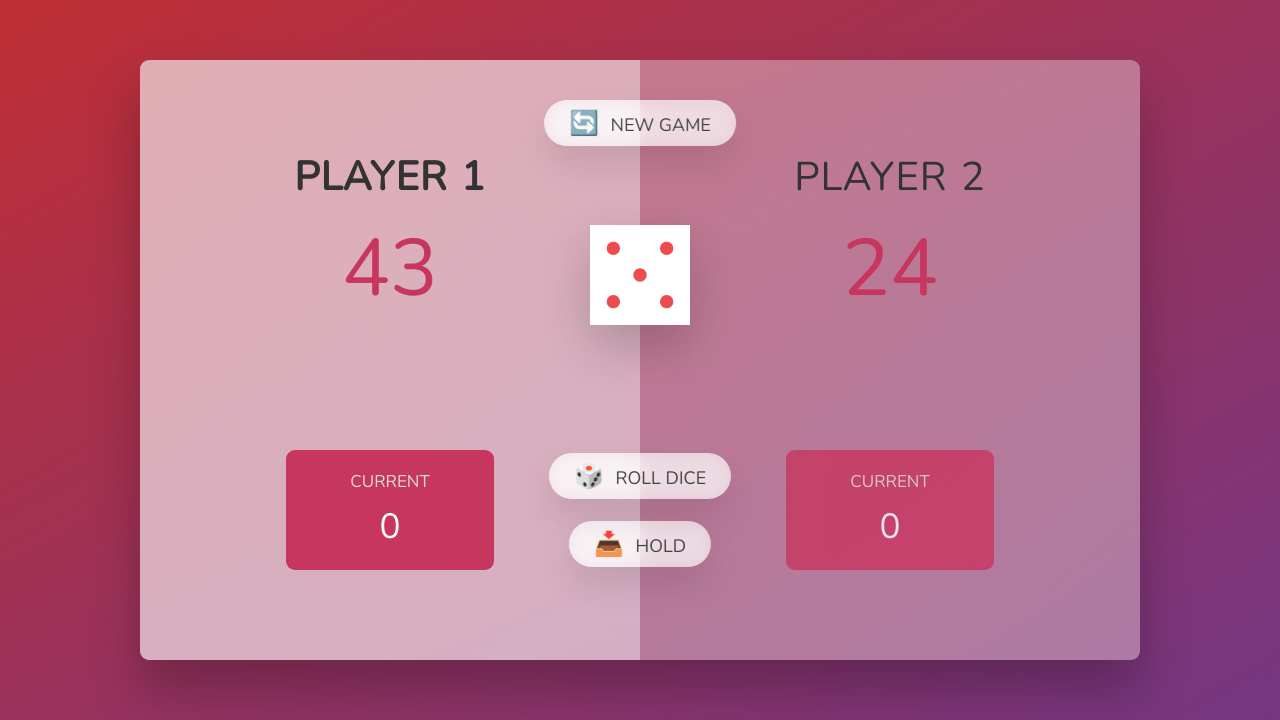
Repository: Samkiroko/pig-game
Page: index.html
These files come from the project's save history. The page is drawn as it stood at one moment and after the next save; the edit follows.
The browser window is 1280 px wide. The pictures show the whole page.

Above is the page before, as saved 2021-02-19 17:12:43.
Console error: ReferenceError: textContent is not defined

### index.html
<!DOCTYPE html>
<html lang="en">
  <head>
    <meta charset="UTF-8" />
    <meta name="viewport" content="width=device-width, initial-scale=1.0" />
    <meta http-equiv="X-UA-Compatible" content="ie=edge" />
    <link rel="stylesheet" href="style.css" />
    <title>Pig Game</title>
  </head>
  <body>
    <main>
      <section class="player player--0 player--active">
        <h2 class="name" id="name--0">Player 1</h2>
        <p class="score" id="score--0">43</p>
        <div class="current">
          <p class="current-label">Current</p>
          <p class="current-score" id="current--0">0</p>
        </div>
      </section>
      <section class="player player--1">
        <h2 class="name" id="name--1">Player 2</h2>
        <p class="score" id="score--1">24</p>
        <div class="current">
          <p class="current-label">Current</p>
          <p class="current-score" id="current--1">0</p>
        </div>
      </section>

      <img src="dice-5.png" alt="Playing dice" class="dice" />
      <button class="btn btn--new">🔄 New game</button>
      <button class="btn btn--roll">🎲 Roll dice</button>
      <button class="btn btn--hold">📥 Hold</button>
    </main>
    <script src="script.js"></script>
  </body>
</html>

### style.css
@import url('https://fonts.googleapis.com/css2?family=Nunito&display=swap');

* {
  margin: 0;
  padding: 0;
  box-sizing: inherit;
}

html {
  font-size: 62.5%;
  box-sizing: border-box;
}

body {
  font-family: 'Nunito', sans-serif;
  font-weight: 400;
  height: 100vh;
  color: #333;
  background-image: linear-gradient(to top left, #753682 0%, #bf2e34 100%);
  display: flex;
  align-items: center;
  justify-content: center;
}

/* LAYOUT */
main {
  position: relative;
  width: 100rem;
  height: 60rem;
  background-color: rgba(255, 255, 255, 0.35);
  backdrop-filter: blur(200px);
  filter: blur();
  box-shadow: 0 3rem 5rem rgba(0, 0, 0, 0.25);
  border-radius: 9px;
  overflow: hidden;
  display: flex;
}

.player {
  flex: 50%;
  padding: 9rem;
  display: flex;
  flex-direction: column;
  align-items: center;
  transition: all 0.75s;
}

/* ELEMENTS */
.name {
  position: relative;
  font-size: 4rem;
  text-transform: uppercase;
  letter-spacing: 1px;
  word-spacing: 2px;
  font-weight: 300;
  margin-bottom: 1rem;
}

.score {
  font-size: 8rem;
  font-weight: 300;
  color: #c7365f;
  margin-bottom: auto;
}

.player--active {
  background-color: rgba(255, 255, 255, 0.4);
}
.player--active .name {
  font-weight: 700;
}
.player--active .score {
  font-weight: 400;
}

.player--active .current {
  opacity: 1;
}

.current {
  background-color: #c7365f;
  opacity: 0.8;
  border-radius: 9px;
  color: #fff;
  width: 65%;
  padding: 2rem;
  text-align: center;
  transition: all 0.75s;
}

.current-label {
  text-transform: uppercase;
  margin-bottom: 1rem;
  font-size: 1.7rem;
  color: #ddd;
}

.current-score {
  font-size: 3.5rem;
}

/* ABSOLUTE POSITIONED ELEMENTS */
.btn {
  position: absolute;
  left: 50%;
  transform: translateX(-50%);
  color: #444;
  background: none;
  border: none;
  font-family: inherit;
  font-size: 1.8rem;
  text-transform: uppercase;
  cursor: pointer;
  font-weight: 400;
  transition: all 0.2s;

  background-color: white;
  background-color: rgba(255, 255, 255, 0.6);
  backdrop-filter: blur(10px);

  padding: 0.7rem 2.5rem;
  border-radius: 50rem;
  box-shadow: 0 1.75rem 3.5rem rgba(0, 0, 0, 0.1);
}

.btn::first-letter {
  font-size: 2.4rem;
  display: inline-block;
  margin-right: 0.7rem;
}

.btn--new {
  top: 4rem;
}
.btn--roll {
  top: 39.3rem;
}
.btn--hold {
  top: 46.1rem;
}

.btn:active {
  transform: translate(-50%, 3px);
  box-shadow: 0 1rem 2rem rgba(0, 0, 0, 0.15);
}

.btn:focus {
  outline: none;
}

.dice {
  position: absolute;
  left: 50%;
  top: 16.5rem;
  transform: translateX(-50%);
  height: 10rem;
  box-shadow: 0 2rem 5rem rgba(0, 0, 0, 0.2);
}

.player--winner {
  background-color: #2f2f2f;
}

.player--winner .name {
  font-weight: 700;
  color: #c7365f;
}
.hidden{
  display: none;
}

### script.js
'use strict';
// selecting elements
const score0El = document.querySelector('#score--0');
const score1El = document.getElementById('score--1');
const diceEl = document.querySelector('.dice');
// Starting conditions
score0El = textContent = 0;
score1El = textContent = 0;
diceEl.classList.add('hidden');

After the next save:
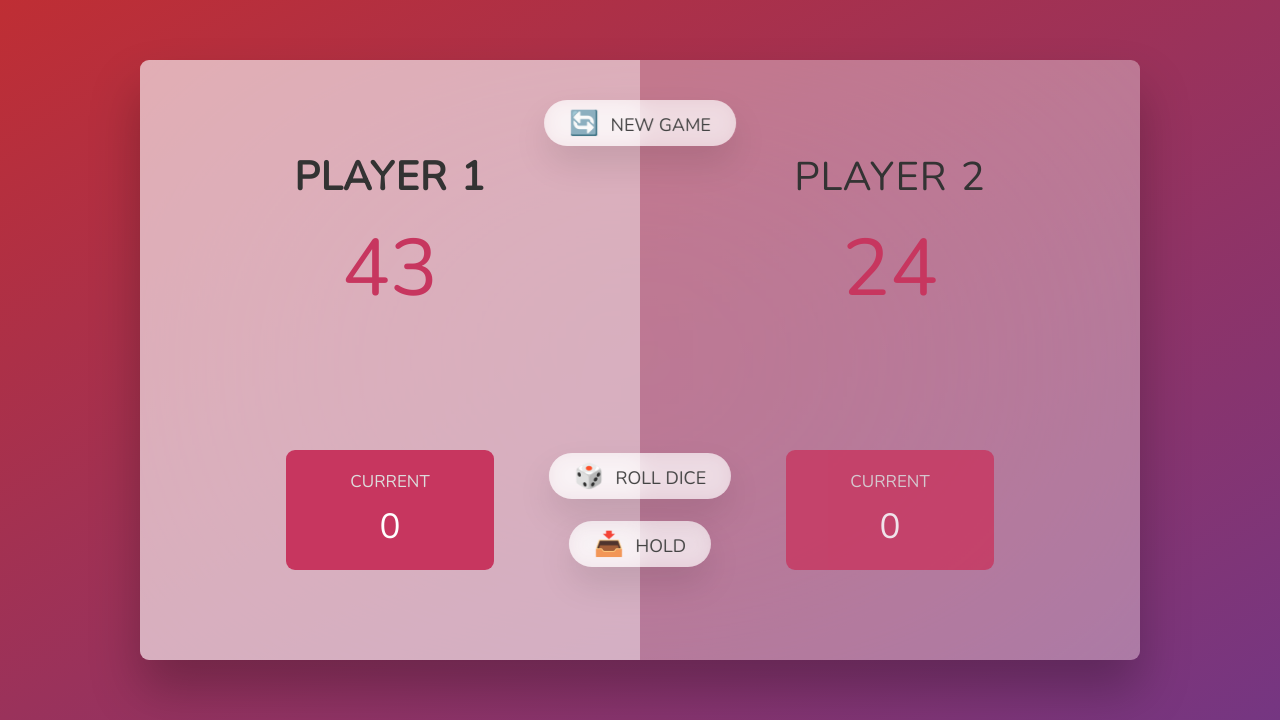
Saved 101 s later.
--- a/index.html
+++ b/index.html
@@ -1,5 +1,6 @@
 <!DOCTYPE html>
 <html lang="en">
+
   <head>
     <meta charset="UTF-8" />
     <meta name="viewport" content="width=device-width, initial-scale=1.0" />
@@ -7,6 +8,7 @@
     <link rel="stylesheet" href="style.css" />
     <title>Pig Game</title>
   </head>
+
   <body>
     <main>
       <section class="player player--0 player--active">
@@ -26,11 +28,12 @@
         </div>
       </section>
 
-      <img src="dice-5.png" alt="Playing dice" class="dice" />
+      <img src="dice-5.png" alt="Playing dice" class="dice hidden" />
       <button class="btn btn--new">🔄 New game</button>
       <button class="btn btn--roll">🎲 Roll dice</button>
       <button class="btn btn--hold">📥 Hold</button>
     </main>
     <script src="script.js"></script>
   </body>
+
 </html>

After the save that followed:
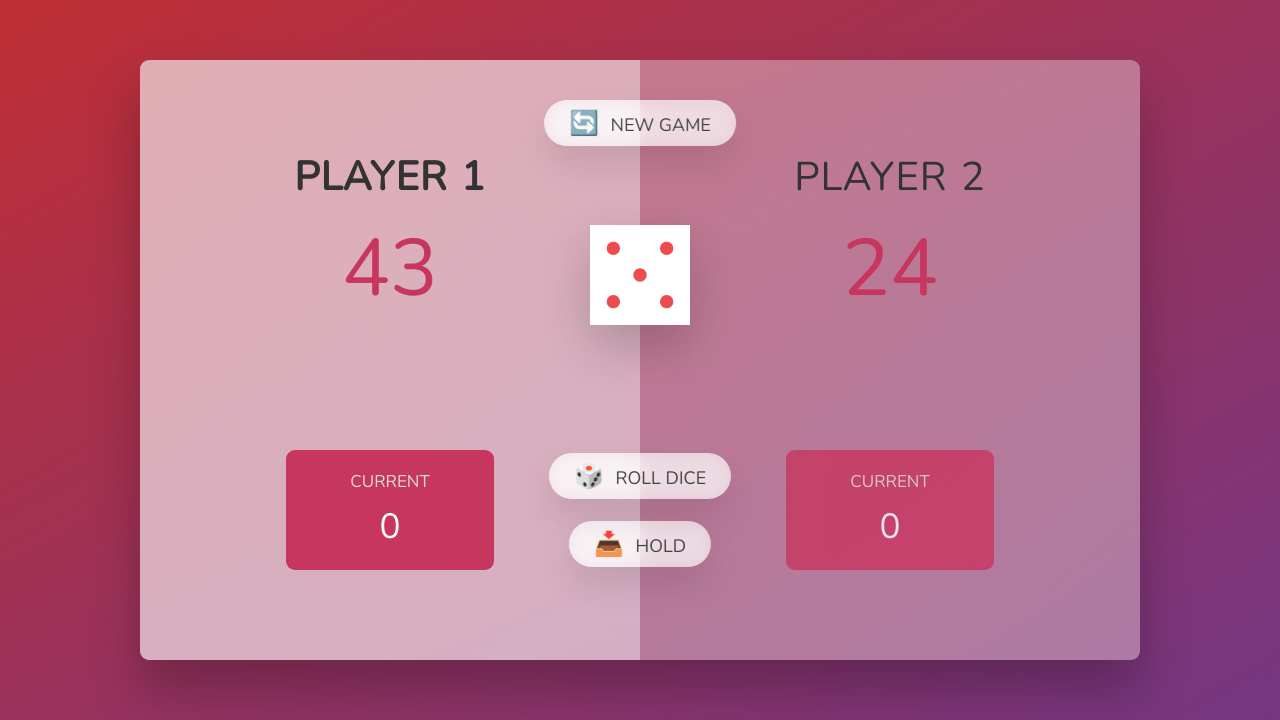
Saved 10 s later.
--- a/index.html
+++ b/index.html
@@ -28,7 +28,7 @@
         </div>
       </section>
 
-      <img src="dice-5.png" alt="Playing dice" class="dice hidden" />
+      <img src="dice-5.png" alt="Playing dice" class="dice" />
       <button class="btn btn--new">🔄 New game</button>
       <button class="btn btn--roll">🎲 Roll dice</button>
       <button class="btn btn--hold">📥 Hold</button>
